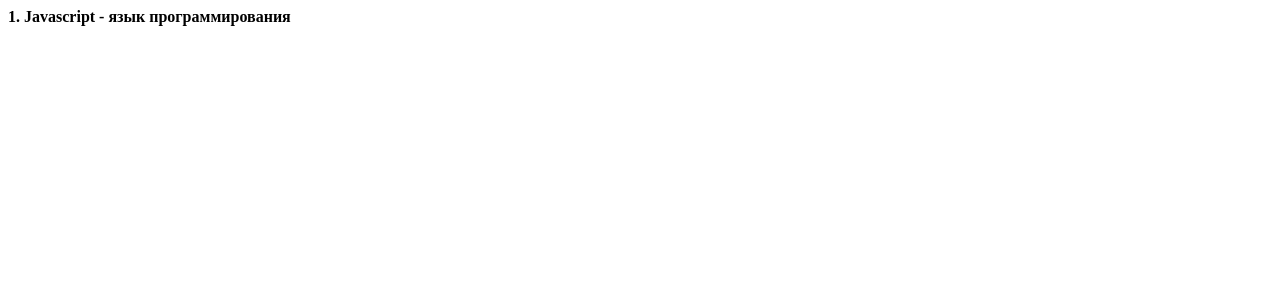
Repository: otvertka/ulb
Page: /
These files come from the project's save history. The page is drawn as it stood at one moment and after the next save; the edit follows.
The browser window is 1280 px wide. The pictures show the whole page.
The project was rebuilt for these pictures with package versions that can differ from the ones it lists, and the page was loaded fresh each time. Also part of the build but not shown: src/components/Counter.jsx, src/components/ClassCounter.jsx.

Above is the page before, as saved 2023-06-10 11:28:32.

### public/index.html
<!DOCTYPE html>
<html lang="en">
  <head>
    <meta charset="utf-8" />
    <meta name="viewport" content="width=device-width, initial-scale=1" />

    <title>React App</title>
  </head>
  <body>
    <noscript>You need to enable JavaScript to run this app.</noscript>
    <div id="root">
      <!-- ЗДЕСЬ БУДЕТ НАШЕ JS ПРИЛОЖЕНИЕ -->
    </div>
  </body>
</html>

### src/index.js
import React from "react";
import ReactDOM from "react-dom";
import App from "./App";

// const root = ReactDOM.createRoot(document.getElementById("root"));
// root.render(<App />);
ReactDOM.render(<App />, document.getElementById("root"));

### src/App.js
import React, { useState } from "react";
import Counter from "./components/Counter";
import ClassCounter from "./components/ClassCounter";

function App() {
  // const [likes, setLikes] = useState(0); // счётчики лайков
  const [value, setValue] = useState("ТЕКСТ В ИНПУТЕ"); // управляемый инпут

  // импортируем компонент Counter
  return (
    <div className="App">
      <div className="App">
        <div className="post">
          <div className="post__content">
            <strong> 1. Javascript - язык программирования</strong>
          </div>
        </div>
      </div>
    </div>
  );
}

export default App;

After the next save:
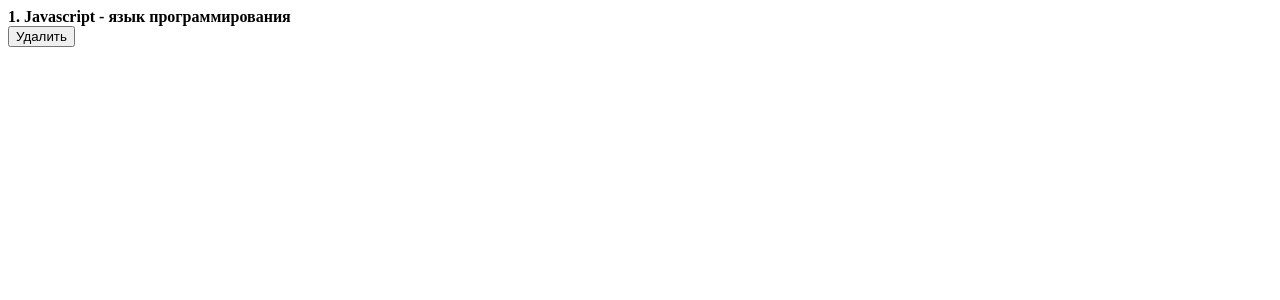
Saved 53 s later.
--- a/src/App.js
+++ b/src/App.js
@@ -15,6 +15,9 @@ function App() {
             <strong> 1. Javascript - язык программирования</strong>
           </div>
         </div>
+        <div className="post__btns">
+          <button>Удалить</button>
+        </div>
       </div>
     </div>
   );
